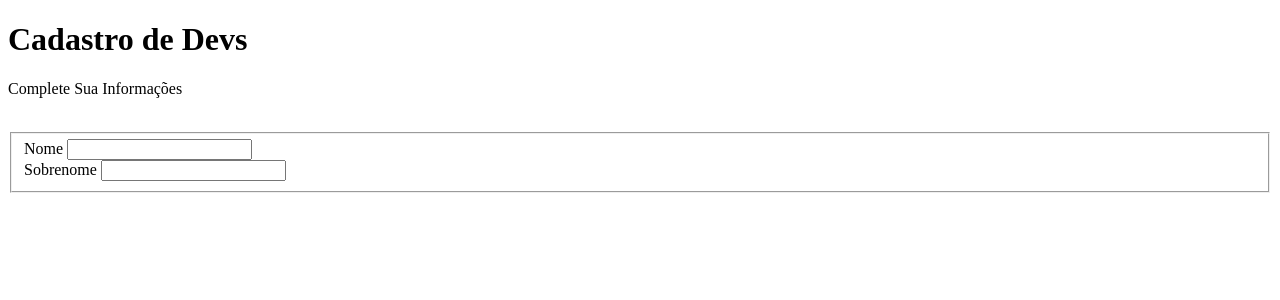
Repository: 2020francesco/formulario
Page: formulario.html
An editor plug-in stored every save of this project. The page is shown before and after a run of saves, followed by the edit.
The browser window is 1280 px wide. The pictures show the whole page.

Above is the page before, as saved 2021-04-20 10:54:40.

After the next 3 saves:
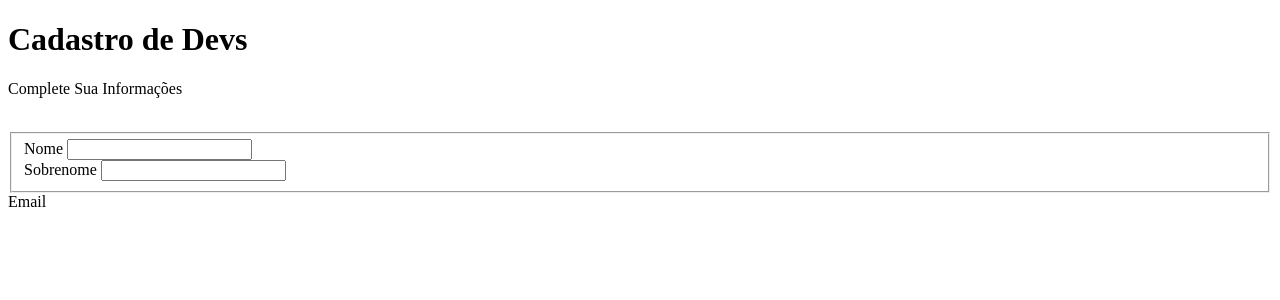
The 3 saves are shown as one change because they came seconds apart.
The last was saved 9 s later.
--- a/formulario.html
+++ b/formulario.html
@@ -28,7 +28,7 @@
       </fieldset>
 
       <div>
-
+        <label>Email</label>
       </div>
     </form>
 
